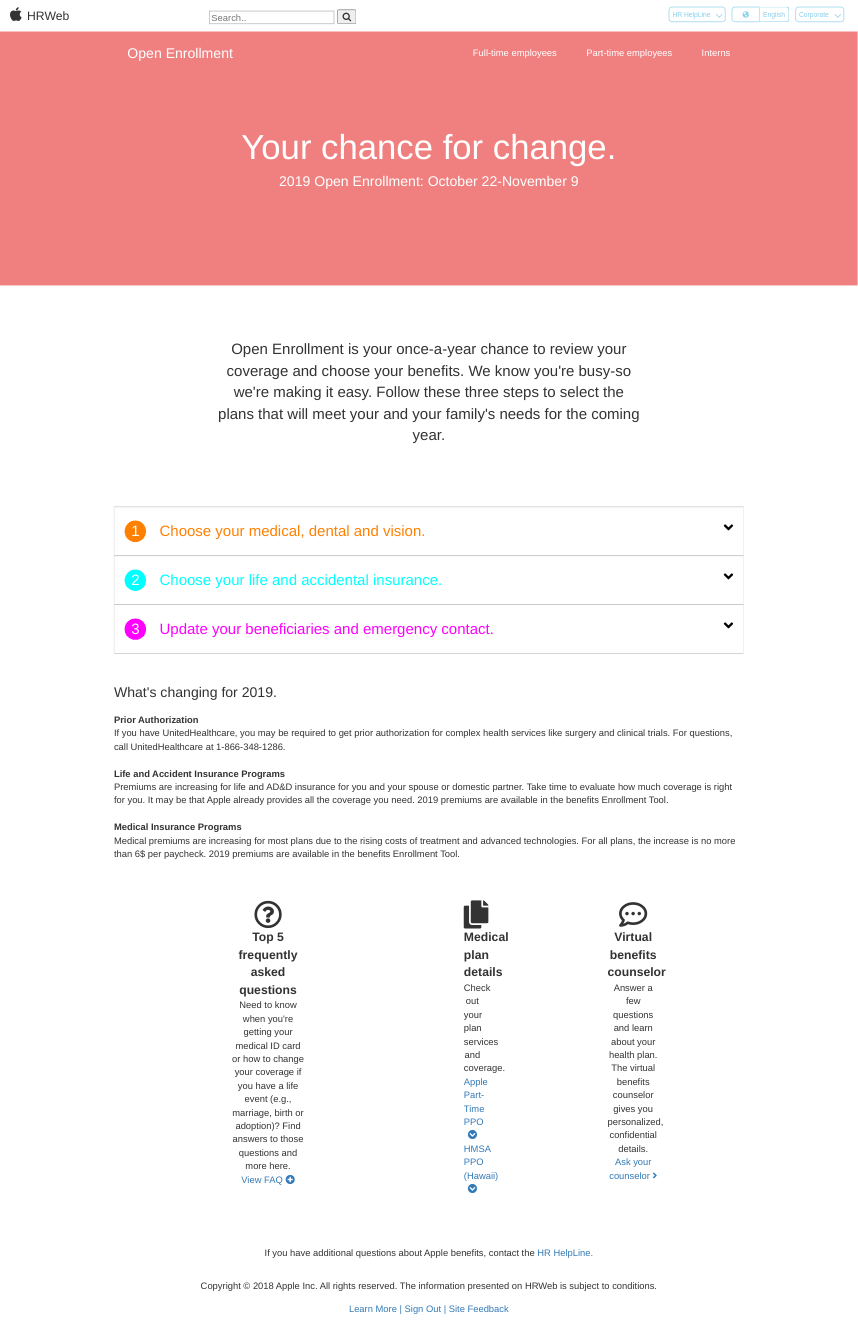
Repository: rmcc0724/templates
Page: index.html
The author's editor kept a record of every edit. The page is drawn from the files as they stood at one moment, then again after the next edit.
The browser window is 1280 px wide. The pictures show the whole page, at 67% of full size.
Some web libraries are served in a nearby version.

Above is the page before.

After the next edit:
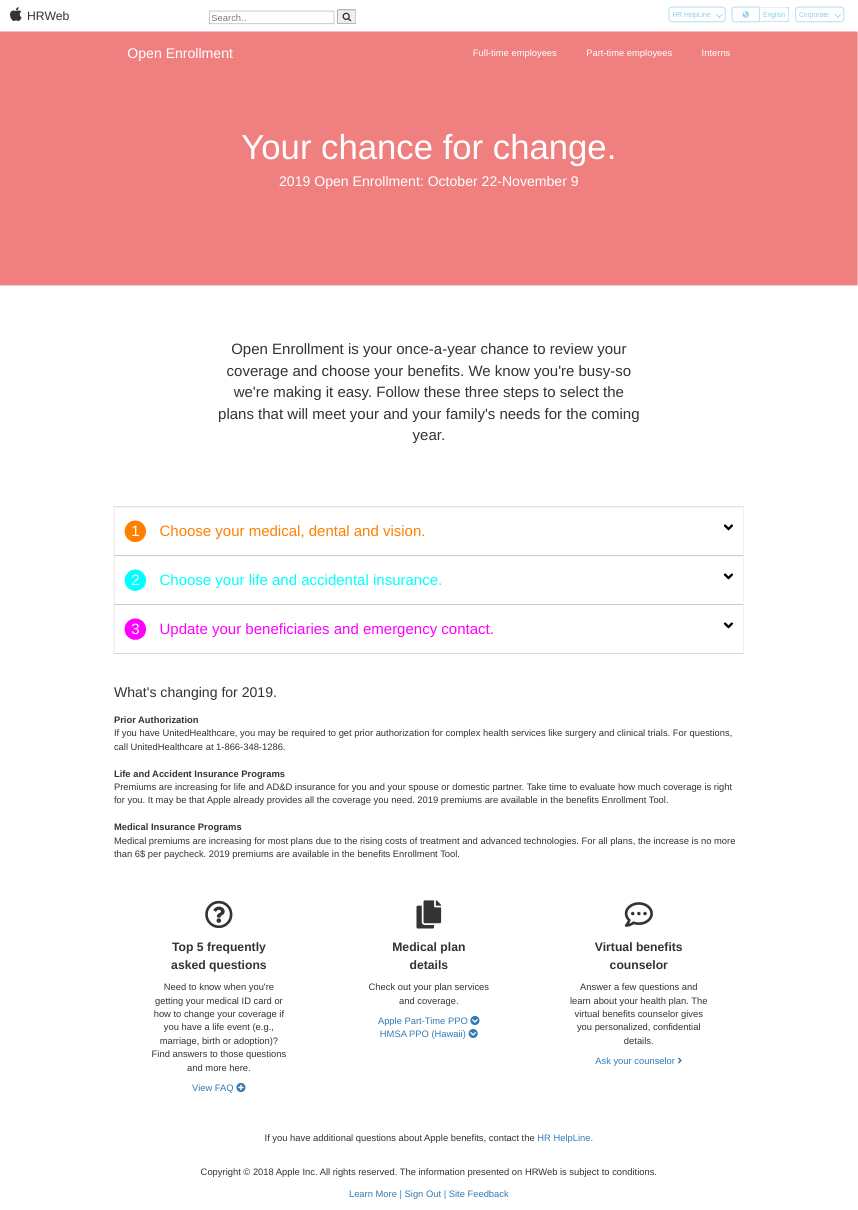
The edit:
--- a/css/responsive.css
+++ b/css/responsive.css
@@ -87,8 +87,8 @@
         display: inline-block;
     }
 
-    .bottom p {
-        width: 28.33%;
+    .bottom div {
+ width: 28.33%;
         margin: 0 auto;
     }
 
@@ -128,6 +128,11 @@
     .changing {
         margin-top: 45px;
     }
+
+  .bottom-title {
+      margin-bottom: 10px !important;
+  }
+
     .changing p {
         margin: 0 0 20px;
     }
@@ -238,6 +243,11 @@
         display: -webkit-inline-box;
     }
 
+
+    .far.fa-question-circle.fa-3x, .fas.fa-copy.fa-3x, .far.fa-comment-dots.fa-3x {
+    margin-bottom: 15px;
+}
+
 }
 
 @media screen and (min-width: 950px) {
